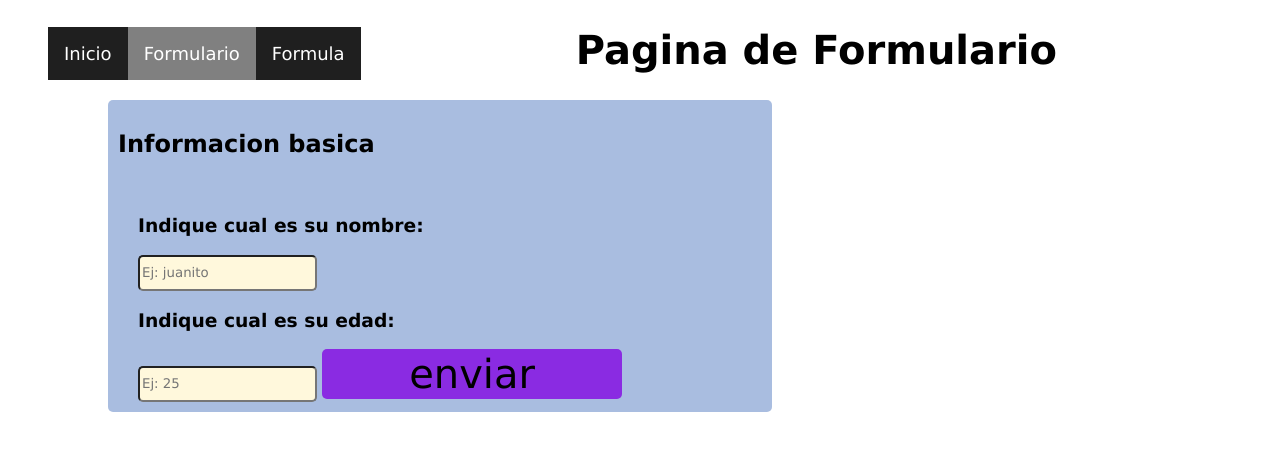
Repository: misterySnow94/tutoriales
Page: pagina basica/formulario.html
An editor plug-in stored every save of this project. The page is shown before and after the next save, followed by the edit.
The browser window is 1280 px wide. The pictures show the whole page.

Above is the page before, as saved 2019-11-03 23:56:22.

### pagina basica/formulario.html
<!DOCTYPE html>
<html lang="en">
<head>
    <meta charset="UTF-8">
    <meta name="viewport" content="width=device-width, initial-scale=1.0">
    <meta http-equiv="X-UA-Compatible" content="ie=edge">
    <title>inicio</title>
    <link rel="stylesheet" href="css/style.css">
</head>
<body>
    <nav>
        <ul>
            <li><a href="index.html"> Inicio </a></li>
            <li class="active"><a href="formulario.html">Formulario</a></li>
            <li><a href="formula.html">Formula</a></li>
        </ul>
    </nav>

    <div class="contenido">
        <h1>Pagina de Formulario</h1>

        <form action="">
            <h2>Informacion basica</h2>
            <label for="nombre">
                <h3>Indique cual es su nombre:</h3>
                <input type="text" placeholder="Ej: juanito" name="nombre">
            </label>
            <label for="edad">
                <h3>Indique cual es su edad:</h3>
                <input type="number" placeholder="Ej: 25" name="edad">
            </label>
            <button>enviar</button>
        </form>
    </div>
</body>
</html>

### pagina basica/css/style.css
body{
    font-family: 'Lucida Sans', 'Lucida Sans Regular', 'Lucida Grande', 'Lucida Sans Unicode', Geneva, Verdana, sans-serif;
}

li{
    float: left;
    list-style: none;
    padding: 16px;
    background-color: rgb(31, 31, 31);
}

.active{
    background-color: gray;
}

li:hover{
    background-color: gray;
}

a{
    color: white;
    text-decoration: none;
    font-size: 18px;
}

h1{
    text-align: center;
    font-size: 40px;
}

form{
    margin-left: 100px;
    margin-right: 500px;
    background-color: rgb(169, 189, 224);
    border-radius: 5px;
    padding: 10px;
}

label, input, h3{
    margin-left: 20px;
}

input{
    border-radius: 5px;
    height: 30px;
    font-family: 'Lucida Sans', 'Lucida Sans Regular', 'Lucida Grande', 'Lucida Sans Unicode', Geneva, Verdana, sans-serif;
    background-color: cornsilk;
}

button{
    background-color: blueviolet;
    height: 50px;
    width: 300px;
    border:none;
    border-radius: 5px;
    font-family: 'Lucida Sans', 'Lucida Sans Regular', 'Lucida Grande', 'Lucida Sans Unicode', Geneva, Verdana, sans-serif;
    font-size: 40px;
}

After the next save:
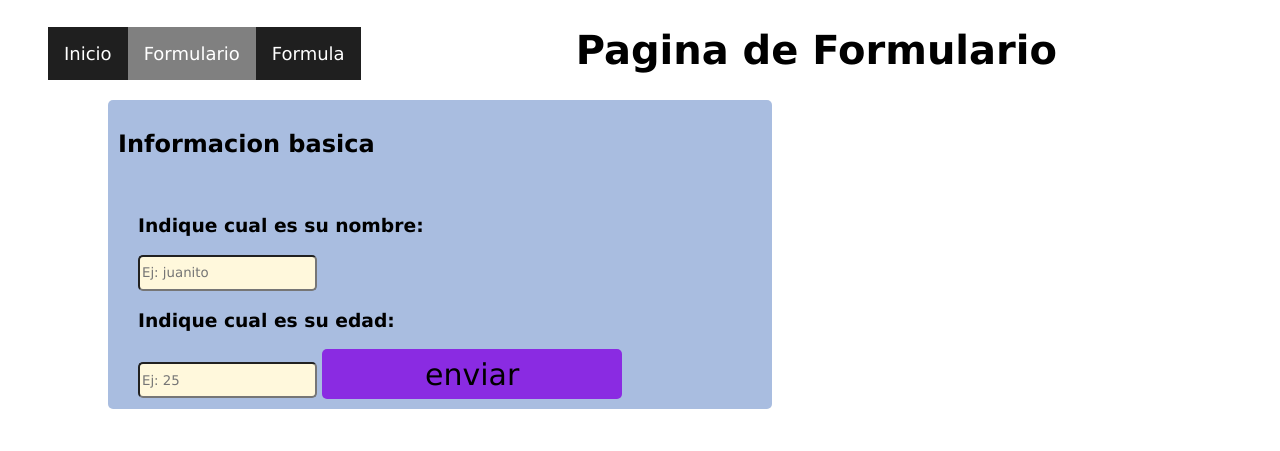
Saved 6 s later.
--- a/pagina basica/css/style.css
+++ b/pagina basica/css/style.css
@@ -54,5 +54,5 @@ button{
     border:none;
     border-radius: 5px;
     font-family: 'Lucida Sans', 'Lucida Sans Regular', 'Lucida Grande', 'Lucida Sans Unicode', Geneva, Verdana, sans-serif;
-    font-size: 40px;
+    font-size: 30px;
 }
